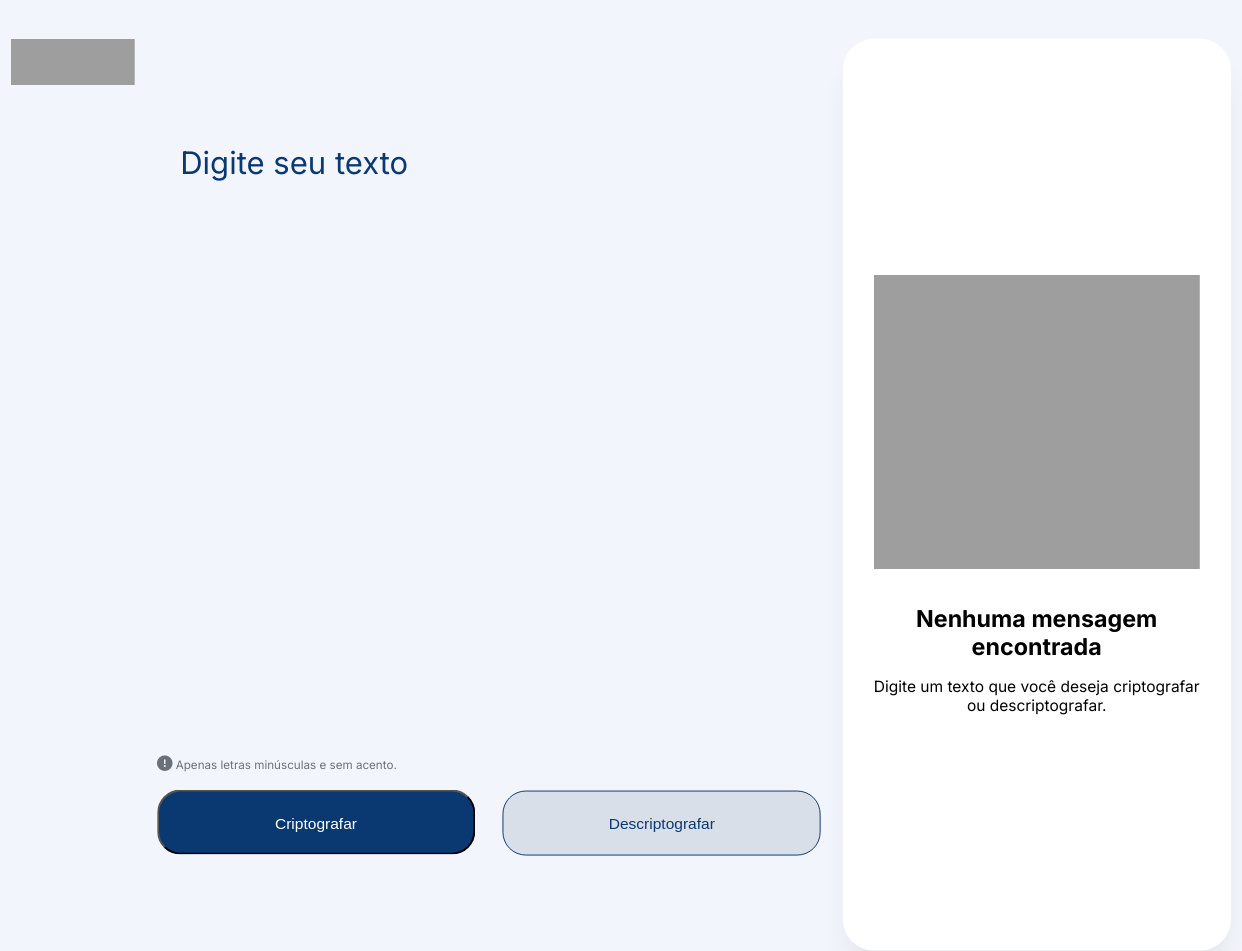
Repository: CarlosEduardoVdeOliveira/descodificador-de-texto
Page: index.html
An editor plug-in stored every save of this project. The page is shown before and after the next save, followed by the edit.
The browser window is 1280 px wide. The pictures show the whole page, at 97% of full size.
Pictures or frames that could not be fetched are drawn as grey boxes.

Above is the page before, as saved 2023-04-12 08:40:32.

After the next save:
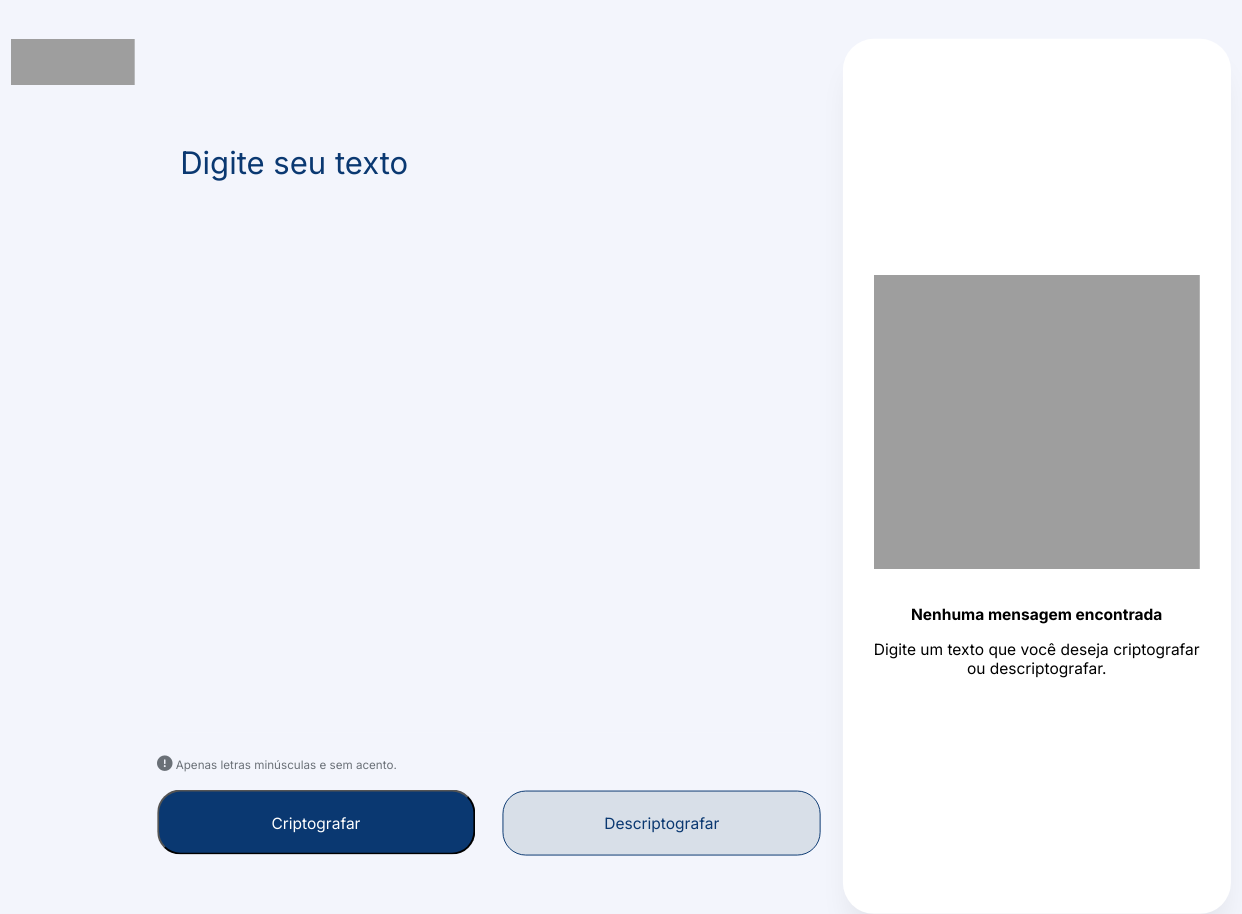
Saved 102 s later.
--- a/public/styles/reset.css
+++ b/public/styles/reset.css
@@ -2,6 +2,8 @@
    margin: 0;
    padding: 0;
    box-sizing: border-box;
+   font-family:  'Inter', sans-serif;
+   font-size: 1rem;
 }
 :root{
    --light-gray: #D8DFE8;
@@ -21,7 +23,7 @@
    --dark-blue-400: #072B61;
    --dark-blue-500: #052051;
 }
-html{
+/* html{
    font-family:  'Inter', sans-serif;
    font-size: 1rem;
-}
+} */

After the save that followed:
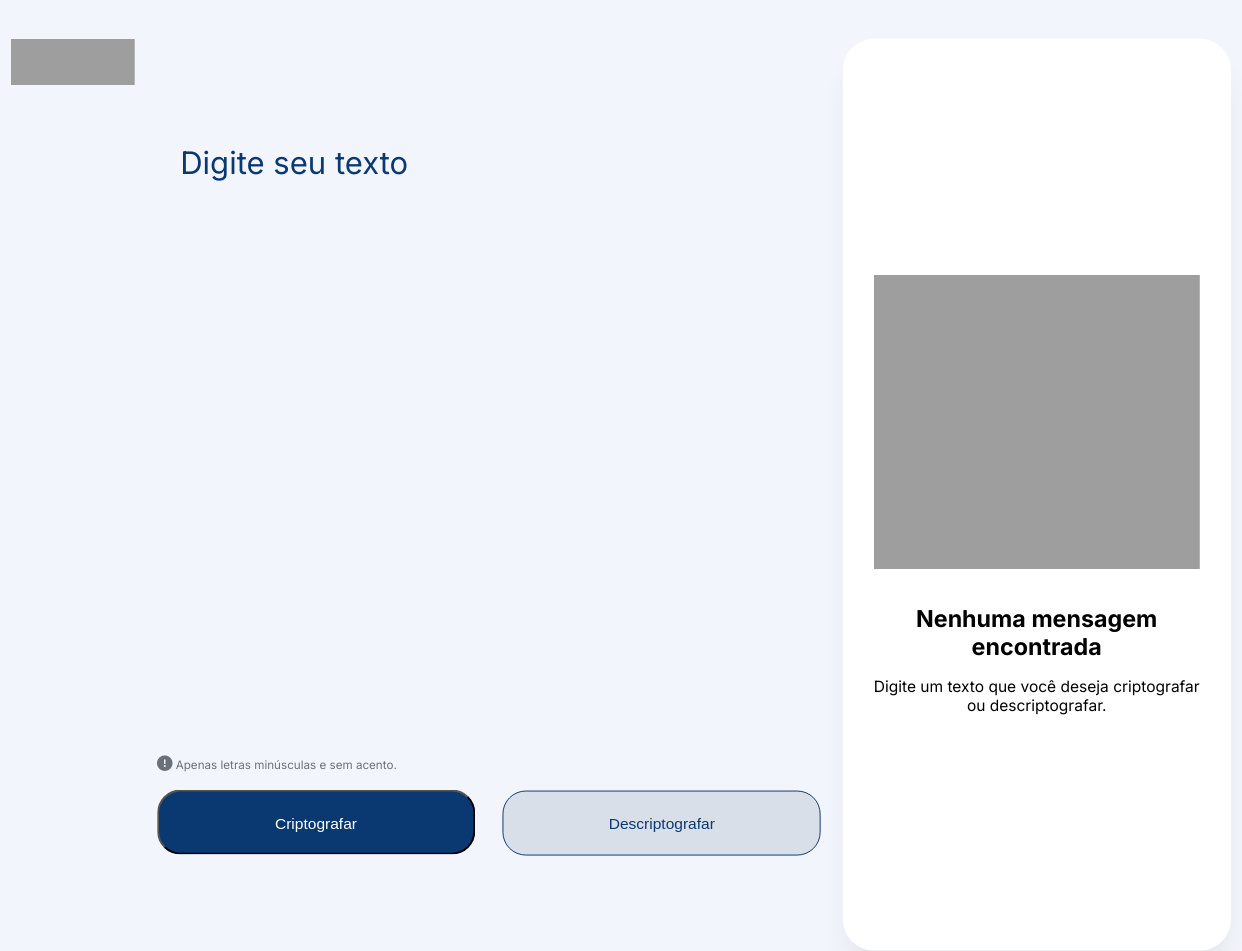
Saved 24 s later.
--- a/public/styles/reset.css
+++ b/public/styles/reset.css
@@ -2,8 +2,7 @@
    margin: 0;
    padding: 0;
    box-sizing: border-box;
-   font-family:  'Inter', sans-serif;
-   font-size: 1rem;
+
 }
 :root{
    --light-gray: #D8DFE8;
@@ -23,7 +22,7 @@
    --dark-blue-400: #072B61;
    --dark-blue-500: #052051;
 }
-/* html{
+html{
    font-family:  'Inter', sans-serif;
    font-size: 1rem;
-} */
+}
